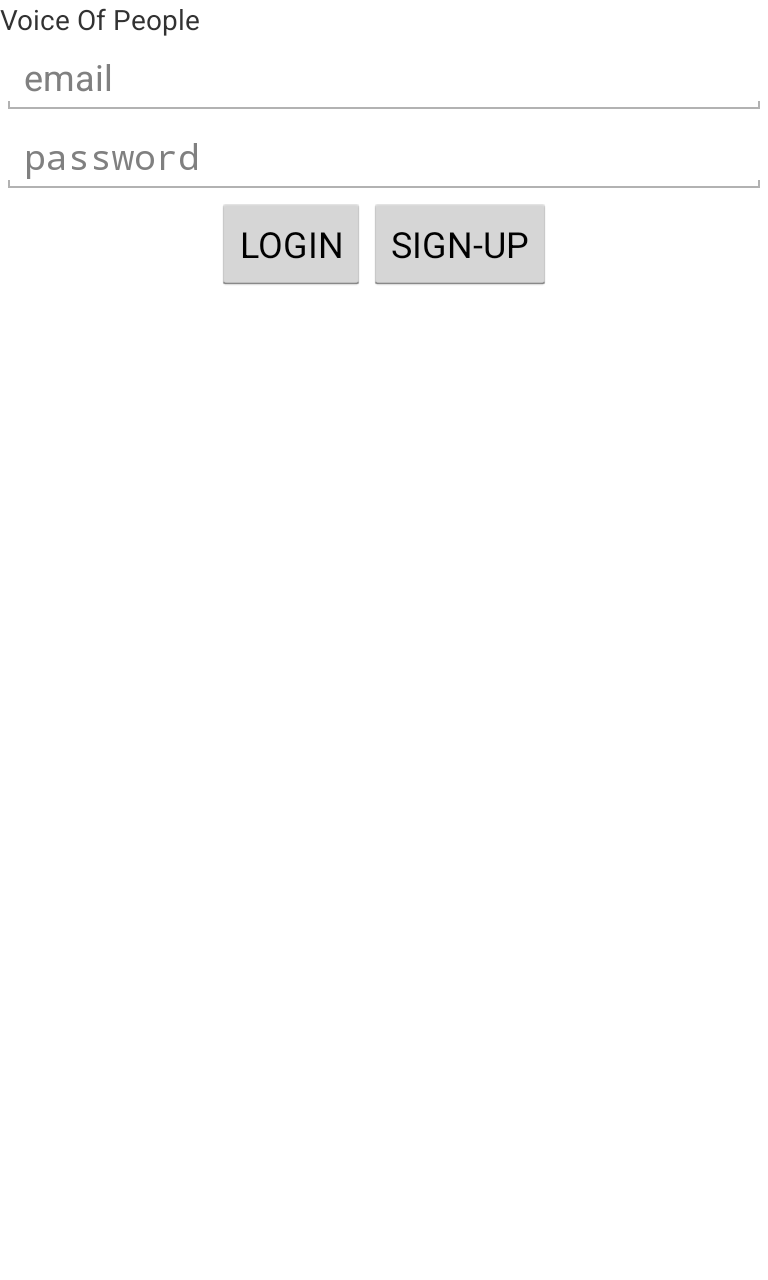
Repository: elvispap/The_Voice_of_People_Android_app
Layout: Voice of People/res/layout/login.xml
An editor plug-in stored every save of this project. The layout is shown before and after the next save, followed by the edit.
It is drawn on a 768 x 1280 px phone screen (xhdpi) without system bars, with theme AppTheme; the app's code is not run.

Above is the layout before, as saved 2014-01-02 16:09:25.

After the next save:
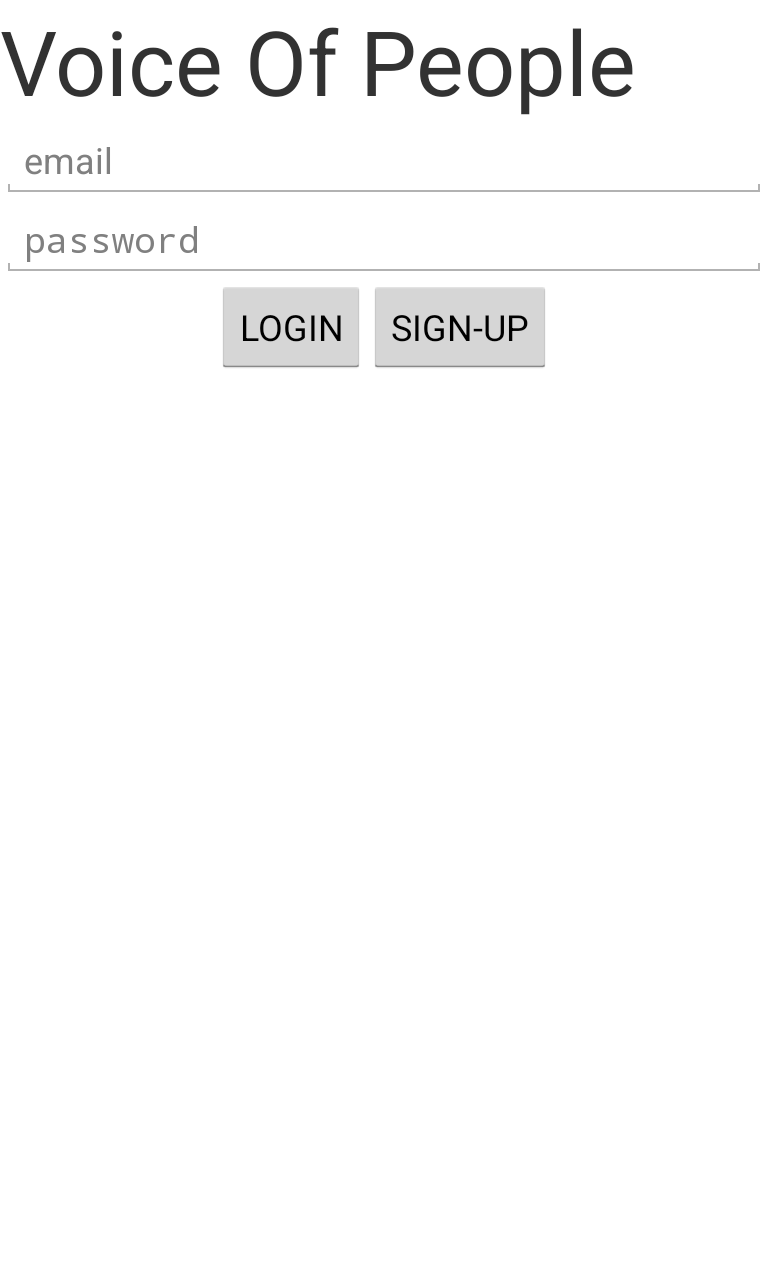
Saved 2 min 0 s later.
--- a/Voice of People/res/layout/login.xml
+++ b/Voice of People/res/layout/login.xml
@@ -9,7 +9,8 @@
         android:layout_width="match_parent"
         android:layout_height="wrap_content"
         android:text="Voice Of People"
-        />
+        android:textSize="45dp"/>
+
     <EditText
         android:id="@+id/email"
         android:layout_width="match_parent"
